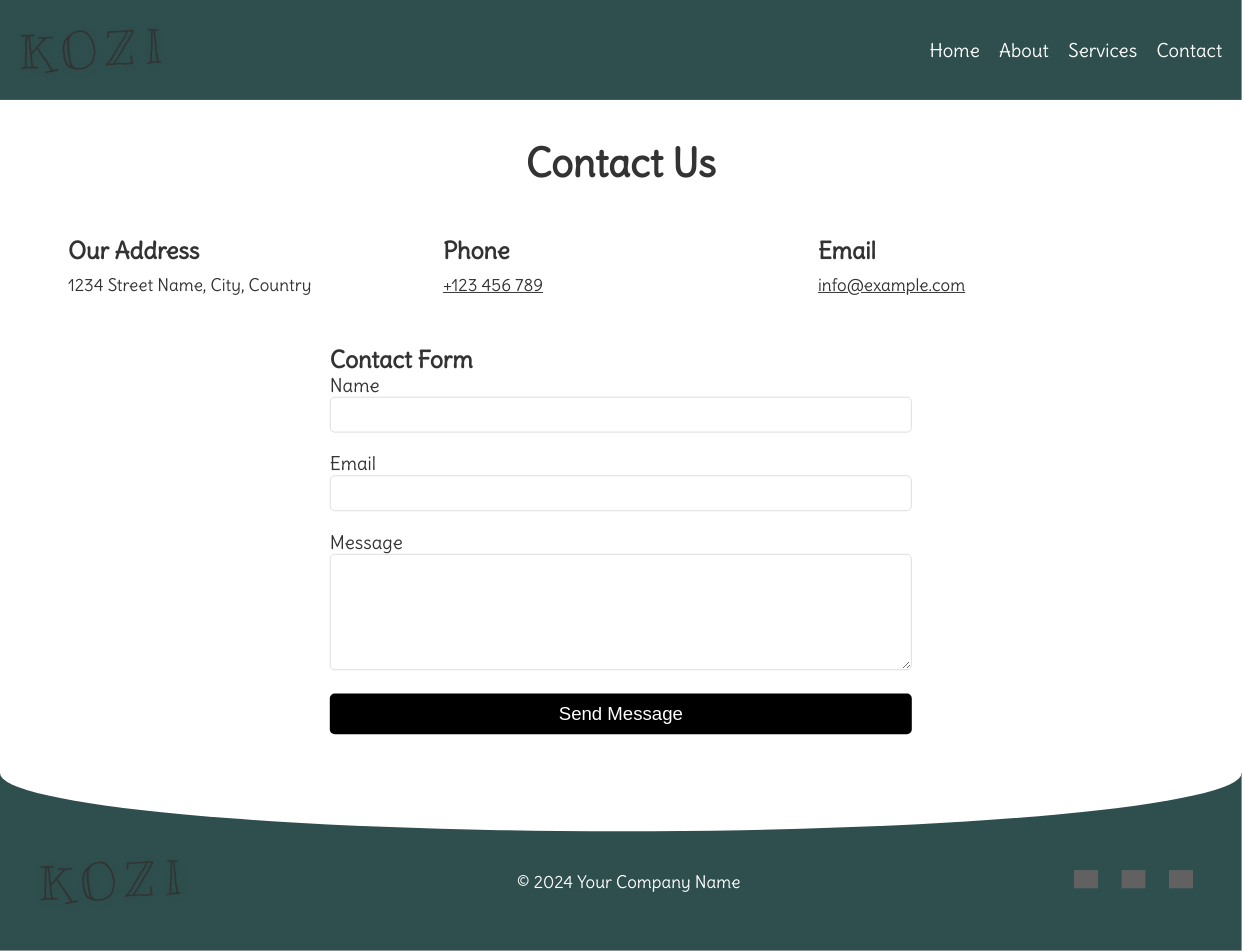
Repository: leerichie/kozi
Page: index.html
The author's editor kept a copy of each file at every save. The page is drawn from the files as they stood at one save, then again after the next save.
The browser window is 1280 px wide. The pictures show the whole page, at 97% of full size.
Pictures or frames that could not be fetched are drawn as grey boxes.

Above is the page before, as saved 2024-10-24 19:40:42.

### index.html
<!DOCTYPE html>
<html lang="en">

<head>
    <meta charset="UTF-8">
    <meta name="viewport" content="width=device-width, initial-scale=1.0">
    <meta http-equiv="X-UA-Compatible" content="IE=edge">
    <link rel="stylesheet" href="css/styles.css">
    <title>Contact Form</title>
</head>

<body>
    <!-- Navbar -->
    <header class="navbar">
        <div class="logo">
            <!-- <a href="#"><img src="img/logo.png" alt="Logo"></a> -->
            <h1 class="logo-text">Kozi</h1>

        </div>
        <nav>
            <ul class="nav-links">
                <li><a href="#">Home</a></li>
                <li><a href="#">About</a></li>
                <li><a href="#">Services</a></li>
                <li><a href="#">Contact</a></li>
            </ul>
            <div class="hamburger">
                <span class="bar"></span>
                <span class="bar"></span>
                <span class="bar"></span>
            </div>
        </nav>
    </header>

    <!-- Sidebar (hidden by default) -->
    <div class="sidebar">
        <ul class="sidebar-links">
            <li><a href="#">Home</a></li>
            <li><a href="#">About</a></li>
            <li><a href="#">Services</a></li>
            <li><a href="#">Contact</a></li>
        </ul>
    </div>

    <!-- Contact Section -->
    <div class="container">
        <div class="contact-header">
            <h1>Contact Us</h1>
        </div>
        <div class="contact-info">
            <div class="address">
                <h2>Our Address</h2>
                <p>1234 Street Name, City, Country</p>
            </div>
            <div class="phone">
                <h2>Phone</h2>
                <p><a href="tel:+123456789">+123 456 789</a></p>
            </div>
            <div class="email">
                <h2>Email</h2>
                <p><a href="mailto:info@example.com">info@example.com</a></p>
            </div>
        </div>

        <div class="form-container">
            <h2>Contact Form</h2>
            <form action="#" method="POST" class="contact-form">
                <div class="form-group">
                    <label for="name">Name</label>
                    <input type="text" id="name" name="name" required>
                </div>
                <div class="form-group">
                    <label for="email">Email</label>
                    <input type="email" id="email" name="email" required>
                </div>
                <div class="form-group">
                    <label for="message">Message</label>
                    <textarea id="message" name="message" required></textarea>
                </div>
                <button type="submit" class="submit-btn">Send Message</button>
            </form>
        </div>
    </div>

    <!-- Footer -->
    <footer class="footer">
        <div class="footer-shape"></div>
        <div class="footer-container">
            <div class="footer-logo">
                <!-- <a href="#"><img src="img/logo.png" alt="Footer Logo"></a> -->
                <h1 class="logo-text">Kozi</h1>

            </div>
            <div class="footer-text">
                <p>&copy; 2024 Your Company Name</p>
            </div>
            <div class="footer-social">
                <a href="/"><img src="img/facebook.png" alt="Facebook"></a>
                <a href="/"><img src="img/twitter.png" alt="Twitter"></a>
                <a href="/"><img src="img/instagram.png" alt="Instagram"></a>
            </div>
        </div>
    </footer>

    <script src="js/script.js"></script>
</body>

</html>

### css/styles.css
@font-face {
  font-family: "Delius";
  src: url("/fonts/Delius-Regular.ttf") format("truetype");
  font-weight: normal;
  font-style: normal;
}

@font-face {
  font-family: "Merriweather";
  src: url("/fonts/Kranky-Regular.ttf") format("truetype");
  font-weight: bold;
  font-style: normal;
}

@font-face {
  font-family: "Lora";
  src: url("/fonts/LeckerliOne-Regular.ttf") format("truetype");
  font-weight: normal;
  font-style: italic;
}

* {
  margin: 0;
  padding: 0;
  box-sizing: border-box;
}

body {
  font-family: "Delius", sans-serif;
  background-color: #fff;
  color: #333;
}

.logo {
  text-align: center;
}

.logo-text {
  font-family: "Merriweather", serif;
  font-size: 50px;
  letter-spacing: 10px;
  font-weight: bold;
  text-transform: uppercase;
  color: #333;
  text-shadow: 2px 2px 10px rgba(0, 0, 0, 0.1);
  transform: rotate(-2deg);
}

/* Nav */
.navbar {
  display: flex;
  justify-content: space-between;
  align-items: center;
  padding: 20px;
  background-color: darkslategray;
  color: #fff;
  position: relative;
  z-index: 1000;
}

.navbar .logo img {
  width: 150px;
}

.navbar nav {
  display: flex;
  align-items: center;
}

.nav-links {
  display: flex;
  list-style: none;
}

.nav-links li {
  margin-left: 20px;
}

.nav-links a {
  text-decoration: none;
  color: #fff;
  font-size: 1.2rem;
  transition: color 0.3s ease;
}

.nav-links a:hover {
  color: #f4a261;
}

/* Hamburger animate - mob */
.hamburger {
  display: none;
  flex-direction: column;
  cursor: pointer;
  transition: all 0.3s ease;
  z-index: 1001;
}

.hamburger .bar {
  width: 25px;
  height: 3px;
  background-color: white;
  margin: 4px 0;
  transition: all 0.3s ease;
  z-index: 1001;
}

.hamburger.active .bar:nth-child(1) {
  transform: rotate(45deg) translate(0, 0);
  width: 20px;
}

.hamburger.active .bar:nth-child(2) {
  opacity: 0;
}

.hamburger.active .bar:nth-child(3) {
  transform: rotate(-45deg) translate(0, 0);
  width: 20px;
}

.hamburger.active .bar {
  height: 4px;
}

/* Sidebar */
.sidebar {
  position: fixed;
  top: 0;
  right: -250px;
  width: 250px;
  height: 100%;
  background-color: darkslategray;
  color: #fff;
  transition: 0.3s;
  padding-top: 60px;
  z-index: 999;
}

.sidebar.active {
  right: 0;
}

.sidebar-links {
  list-style: none;
  padding: 0;
  text-align: center;
}

.sidebar-links li {
  margin: 20px 0;
}

.sidebar-links a {
  text-decoration: none;
  color: #fff;
  font-size: 1.5rem;
  transition: color 0.3s ease;
}

.sidebar-links a:hover {
  color: #f4a261;
}

/* Contact Section */
.container {
  max-width: 1200px;
  margin: 0 auto;
  padding: 40px 20px;
}

.contact-header h1 {
  text-align: center;
  font-size: 2.5rem;
  margin-bottom: 40px;
}

.contact-info {
  display: flex;
  justify-content: space-between;
  flex-wrap: wrap;
  margin-bottom: 40px;
}

.contact-info div {
  flex: 1;
  min-width: 250px;
  margin: 10px;
}

.contact-info h2 {
  font-size: 1.5rem;
  margin-bottom: 10px;
}

.contact-info p,
.contact-info a {
  font-size: 1.1rem;
  color: #333;
}

.form-container {
  max-width: 600px;
  margin: 0 auto;
}

.contact-form {
  display: flex;
  flex-direction: column;
}

.form-group {
  margin-bottom: 20px;
}

.form-group label {
  margin-bottom: 10px;
  font-size: 1.2rem;
}

.form-group input,
.form-group textarea {
  width: 100%;
  padding: 10px;
  border: 1px solid #ddd;
  border-radius: 5px;
}

textarea {
  height: 120px;
}

.submit-btn {
  padding: 10px 20px;
  background-color: #000;
  color: #fff;
  border: none;
  border-radius: 5px;
  font-size: 1.2rem;
  cursor: pointer;
}

.submit-btn:hover {
  background-color: #f4a261;
}

/* Footer Styling */
.footer {
  position: relative;
  background-color: darkslategray;
  color: white;
  text-align: center;
  padding: 80px 20px 40px;
  overflow: hidden;
}

.footer-shape {
  position: absolute;
  top: -60px;
  left: 0;
  width: 100%;
  height: 120px;
  background-color: #fff;
  border-radius: 0 0 100% 100%;
  z-index: 0;
}

.footer-container {
  position: relative;
  z-index: 1;
  display: flex;
  justify-content: space-between;
  align-items: center;
  max-width: 1200px;
  margin: 0 auto;
  flex-wrap: wrap;
}

.footer-logo img {
  width: 100px;
}

.footer-text p {
  font-size: 1.1rem;
  margin: 0;
}

.footer-social a {
  margin: 0 10px;
}

.footer-social img {
  width: 25px;
  filter: invert(100%);
}

/* Mob */
@media (max-width: 768px) {
  .hamburger {
    display: flex;
  }

  .nav-links {
    display: none;
  }

  .footer-container {
    flex-direction: column;
  }

  .footer-logo {
    margin-bottom: 20px;
  }
}

### js/script.js
const hamburger = document.querySelector('.hamburger');
const sidebar = document.querySelector('.sidebar');

hamburger.addEventListener('click', () => {
    sidebar.classList.toggle('active');
    hamburger.classList.toggle('active');
});

window.addEventListener('scroll', () => {
    sidebar.classList.remove('active');
    hamburger.classList.remove('active');
});

After the next save:
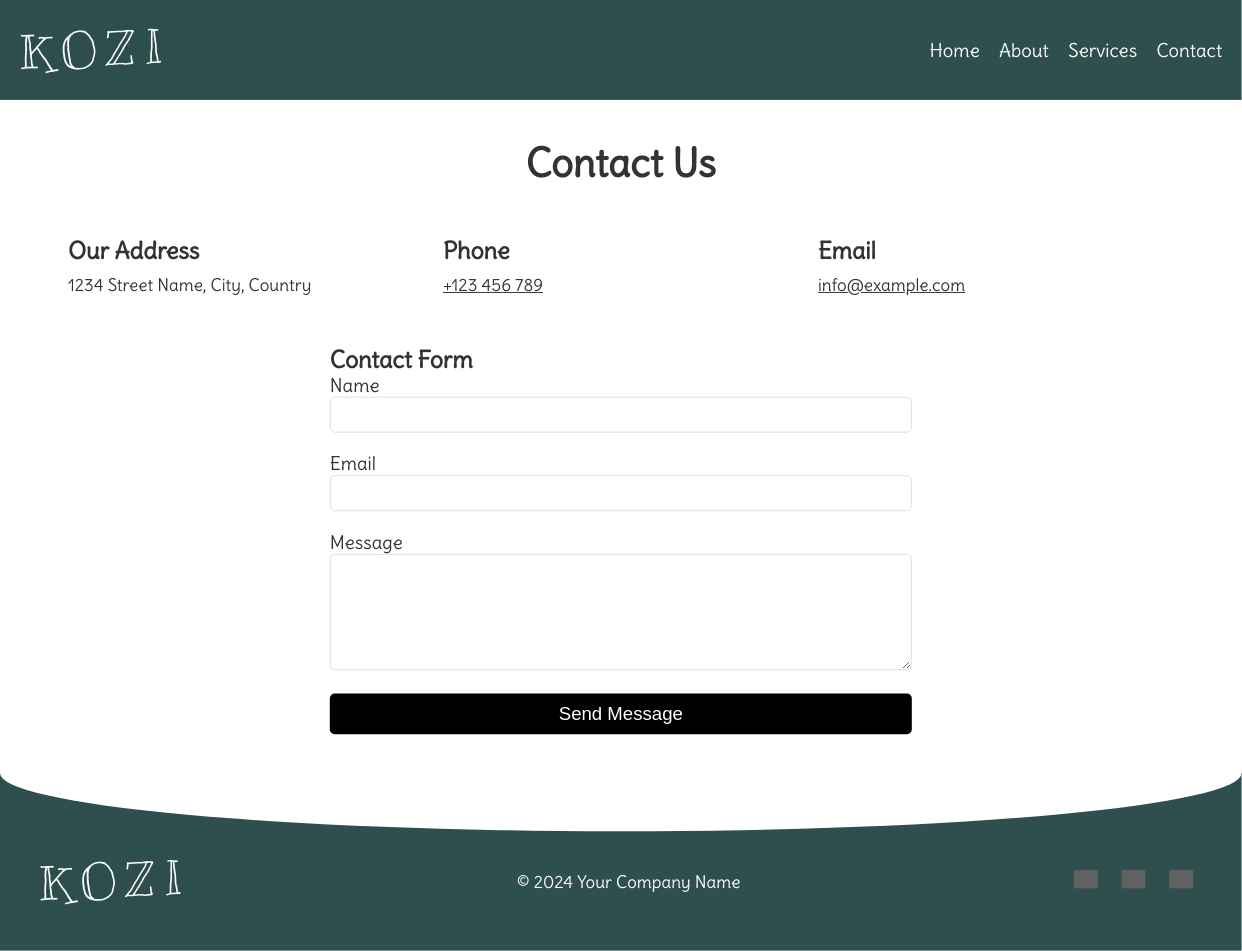
Saved 14 s later.
--- a/css/styles.css
+++ b/css/styles.css
@@ -41,7 +41,7 @@ body {
   letter-spacing: 10px;
   font-weight: bold;
   text-transform: uppercase;
-  color: #333;
+  color: white;
   text-shadow: 2px 2px 10px rgba(0, 0, 0, 0.1);
   transform: rotate(-2deg);
 }
